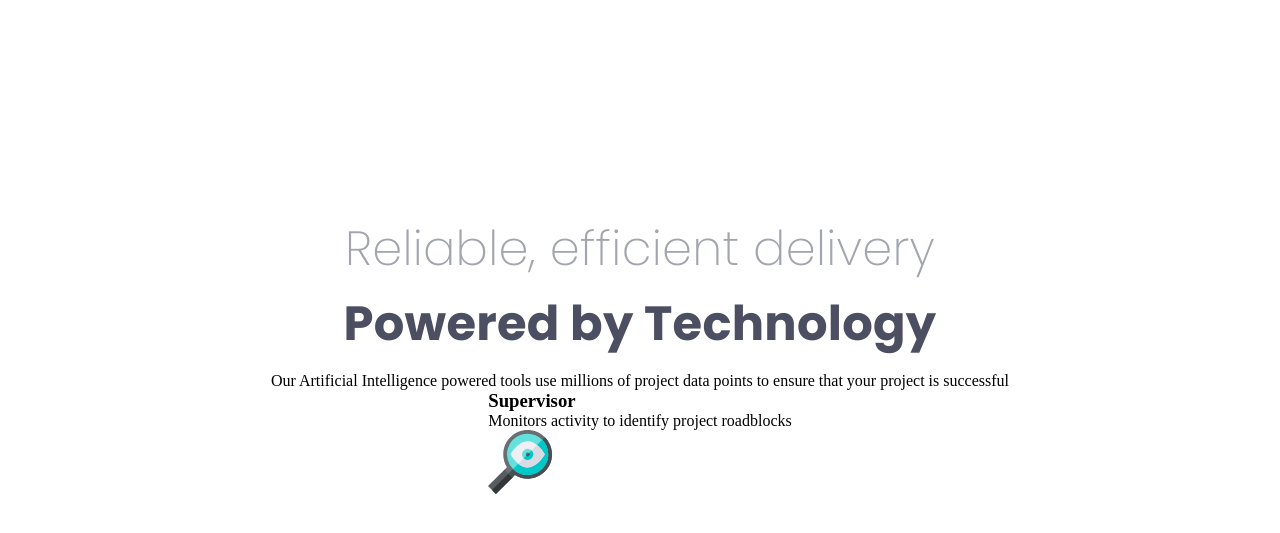
Repository: brandontaylor1/four-card-feature
Page: index.html
The author's editor kept a copy of each file at every save. The page is drawn from the files as they stood at one save, then again after the next save.
The browser window is 1280 px wide. The pictures show the whole page.

Above is the page before, as saved 2025-01-09 22:34:07.

### index.html
<!DOCTYPE html>
<html lang="en">
<head>
    <meta charset="UTF-8">
    <meta name="viewport" content="width=device-width, initial-scale=1.0">
    <link rel="preconnect" href="https://fonts.googleapis.com">
    <link rel="preconnect" href="https://fonts.gstatic.com" crossorigin>
    <link href="https://fonts.googleapis.com/css2?family=Poppins:ital,wght@0,100;0,200;0,300;0,400;0,500;0,600;0,700;0,800;0,900;1,100;1,200;1,300;1,400;1,500;1,600;1,700;1,800;1,900&display=swap" rel="stylesheet">
    <link rel="stylesheet" href="styles.css">
    <title>Four Card Feature</title>
</head>
<body>
    <main class="container">
        <section class="page-content">
            <h1>Reliable, efficient delivery</h1>
            <h2>Powered by Technology</h2>
            <p>Our Artificial Intelligence powered tools use millions of project data points to ensure that your project is successful</p>
        </section>
        <section class="card-container">
            <div class="card-column">
                <div class="card">
                    <h3>Supervisor</h3>
                    <p>Monitors activity to identify project roadblocks</p>
                    <img src="./assets/images/icon-supervisor.svg" alt="Supervisor Icon">
                </div>
            </div>
        </section>
    </main>

</body>
</html>

### styles.css
* {
    margin: 0;
    padding: 0;
    box-sizing: border-box;
}

:root {
    --primary-red: hsl(0, 78%, 62%);
    --primary-cyan: hsl(180, 62%, 55%);
    --primary-orange: hsl(34, 97%, 64%);
    --primary-blue: hsl(212, 86%, 64%);

    --secondary-dark-blue: hsl(234, 12%, 34%);
    --secondary-grayish-blue: hsl(229, 6%, 66%);
    --secondary-light-gray: hsl(0, 0%, 98%);
}

.container {
    height: 100vh;
    display: flex;
    align-items: center;
    justify-content: center;
    flex-direction: column;
}

.page-content {
    display: flex;
    flex-direction: column;
    align-items: center;
    justify-content: space-between;
    height: 168px;
}

.page-content h1 {
    font-size: 3rem;
    font-family: "Poppins", sans-serif;
    font-weight: 200;
    line-height: 54px;
    letter-spacing: .25px;
    color: var(--secondary-grayish-blue);
}

.page-content h2 {
    font-size: 3rem;
    font-family: "Poppins", sans-serif;
    font-weight: 700;
    line-height: 54px;
    letter-spacing: .25px;
    color: var(--secondary-dark-blue);
}

After the next save:
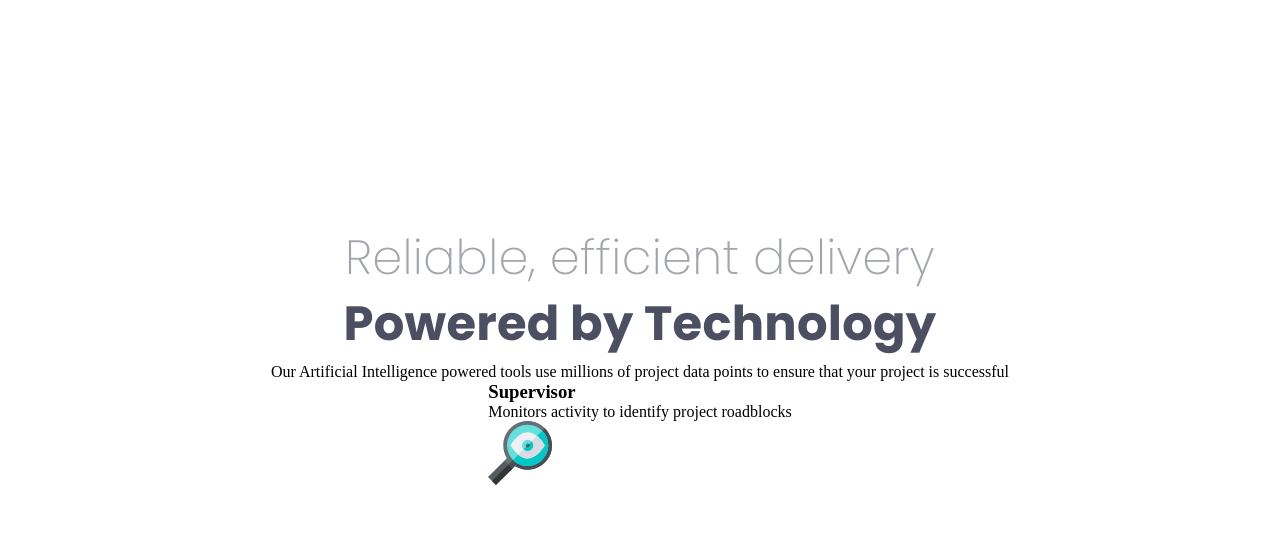
Saved 16 s later.
--- a/styles.css
+++ b/styles.css
@@ -28,7 +28,7 @@
     flex-direction: column;
     align-items: center;
     justify-content: space-between;
-    height: 168px;
+    height: 150px;
 }
 
 .page-content h1 {
